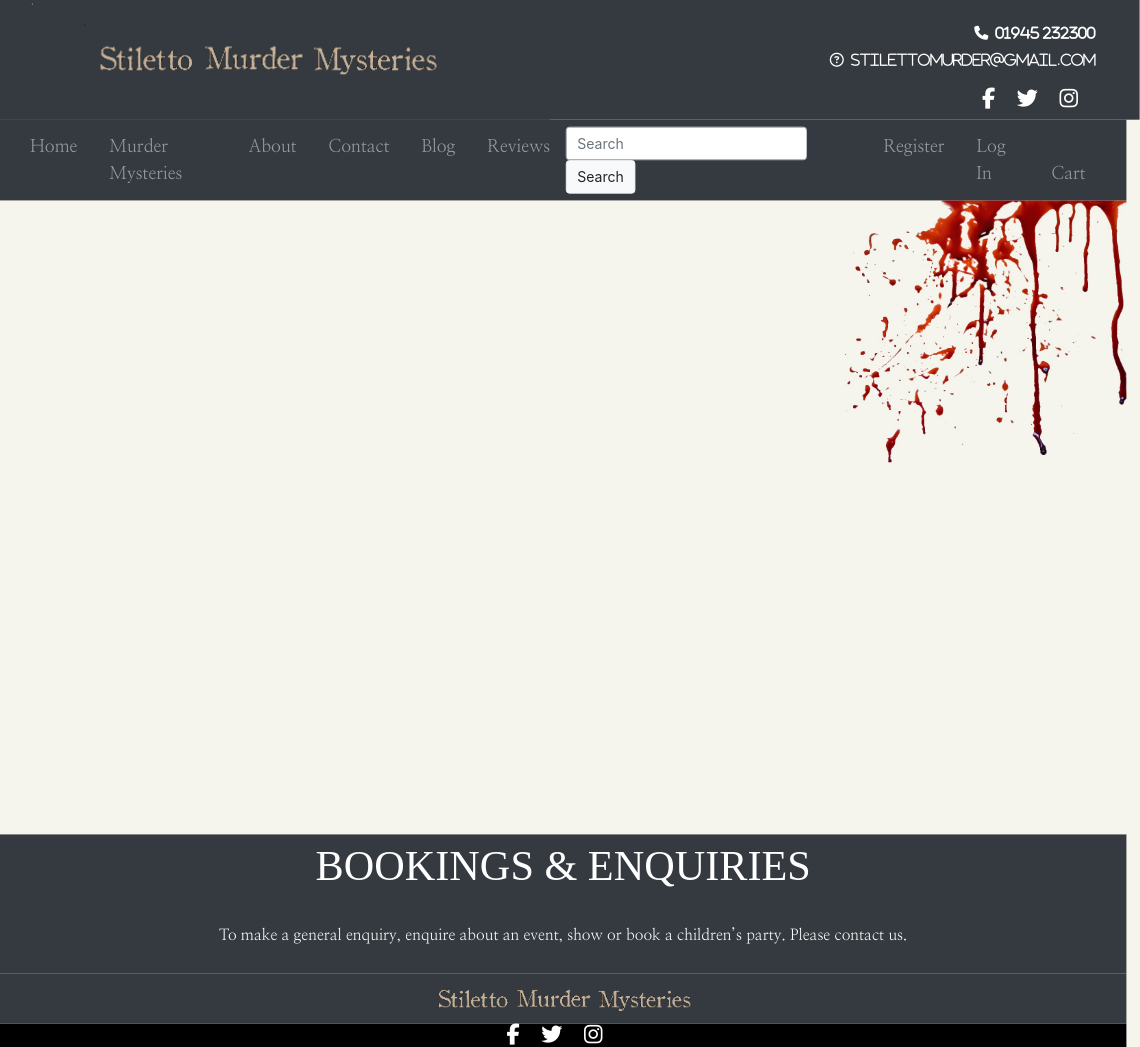
Repository: TaylorD1982/murder-milestone
Page: templates/base.html
The author's editor kept a record of every edit. The page is drawn from the files as they stood at one moment, then again after the next edit.
The browser window is 1280 px wide. The page is 1295 px wide, so the pictures cover 1295 px, including what lies to the right of the window. The pictures show the whole page, at 88% of full size.
Some icons come from a web library that is not loaded, so they are not drawn. Some web fonts or font styles are not loaded; a fallback is used. Some web libraries are served in a nearby version. The template is drawn by Django 2.2. The application's start-up code is not run. Other server files are loaded and not shown. The template is opened directly, without the code that normally fills it, so the values that code supplies are empty.

Above is the page before.
Console error: ReferenceError: emailjs is not defined

### templates/base.html
{% load staticfiles %}
<!DOCTYPE html>
<html lang="en">

<head>
    <meta charset="UTF-8">
    <meta name="viewport" content="width=device-width, initial-scale=1.0">
    <meta http-equiv="X-UA-Compatible" content="ie=edge">
    <title>Murder Mystery</title>
    <link rel="stylesheet" href="{% static 'font-awesome/css/font-awesome.min.css' %}">
    <link rel="stylesheet" href="{% static 'css/custom.css' %}">
    <script src="https://cdnjs.cloudflare.com/ajax/libs/jquery/3.2.1/jquery.min.js"></script>
    <script src="https://cdnjs.cloudflare.com/ajax/libs/twitter-bootstrap/3.3.7/js/bootstrap.min.js"></script>
    <link rel="stylesheet" href="https://maxcdn.bootstrapcdn.com/bootstrap/4.0.0/css/bootstrap.min.css" integrity="sha384-Gn5384xqQ1aoWXA+058RXPxPg6fy4IWvTNh0E263XmFcJlSAwiGgFAW/dAiS6JXm" crossorigin="anonymous">
    <script src="https://code.jquery.com/jquery-3.2.1.slim.min.js" integrity="sha384-KJ3o2DKtIkvYIK3UENzmM7KCkRr/rE9/Qpg6aAZGJwFDMVNA/GpGFF93hXpG5KkN" crossorigin="anonymous"></script>
    <script src="https://cdnjs.cloudflare.com/ajax/libs/popper.js/1.12.9/umd/popper.min.js" integrity="sha384-ApNbgh9B+Y1QKtv3Rn7W3mgPxhU9K/ScQsAP7hUibX39j7fakFPskvXusvfa0b4Q" crossorigin="anonymous"></script>
    <script src="https://maxcdn.bootstrapcdn.com/bootstrap/4.0.0/js/bootstrap.min.js" integrity="sha384-JZR6Spejh4U02d8jOt6vLEHfe/JQGiRRSQQxSfFWpi1MquVdAyjUar5+76PVCmYl" crossorigin="anonymous"></script>

    <script type="text/javascript" src="https://cdn.jsdelivr.net/npm/emailjs-com@2.3.2/dist/email.min.js"></script>
    <script type="text/javascript">
        (function(){
            emailjs.init("user_UbfQMZPiQGURDwMtv5SCI");
        })();
    </script>


    <link href="https://fonts.googleapis.com/css2?family=Italianno&display=swap" rel="stylesheet">
    <script src="https://kit.fontawesome.com/5336900852.js" crossorigin="anonymous"></script>
    <link href="https://fonts.googleapis.com/css?family=Nanum+Myeongjo&display=swap" rel="stylesheet"> {% block head_js %} {% endblock head_js %}
</head>

<body class="body">
    <div class="row banner">
        <div class="col-6">
            <div>
                <img width="100%" src="{% static 'images/banner-desktop-new.png' %}" alt="Stiletto Murder Mysteries">
            </div>
        </div>
        <div class="col-6 box">
            <div class="content-1">
                <div>
                    <i class="fas fa-phone contact-navbar">&nbsp;&nbsp;01945 232300</i>
                </div>
                <div>
                    <i class="far fa-question-circle contact-navbar">&nbsp;&nbsp;stilettomurder@gmail.com</i>
                </div>
            </div>
            <div class="content">
                <a href="https://facebook.com" target="_blank" class="fa fa-facebook"></a>
                <a href="https://twitter.com" target="_blank" class="fa fa-twitter fa-large"></a>
                <a href="https://instagram.com" target="_blank" class="fa fa-instagram fa-large"></a>
            </div>
        </div>
    </div>

    <!-- Fixed masthead -->

    <nav class="navbar navbar-expand-lg navbar-dark bg-dark">
        <button class="navbar-toggler mx-auto" type="button" data-toggle="collapse" data-target="#navbarNavAltMarkup" aria-controls="navbarNavAltMarkup" aria-expanded="false" aria-label="Toggle navigation">
    <span class="navbar-toggler-icon"></span>
  </button>
        <div class="collapse navbar-collapse" id="navbarNavAltMarkup">
            <ul class="navbar-nav mr-auto">
                <li class="nav-item">
                    <a class="nav-link" href="/">Home</a>
                </li>
                <li class="nav-item">
                    <a class="nav-link" href="{% url 'products' %}">Murder Mysteries</a>
                </li>
                <li class="nav-item">
                    <a class="nav-link" href="{% url 'about' %}">About</a>
                </li>
                <li class="nav-item">
                    <a class="nav-link" href="{% url 'contact' %}">Contact</a>
                </li>
                <li class="nav-item">
                    <a class="nav-link" href="{% url 'get_posts' %}">Blog</a>
                </li>
                <li class="nav-item">
                    <a class="nav-link" href="{% url 'get_reviews' %}">Reviews</a>
                </li>
            </ul>
            <form class="form-inline my-2 my-lg-0" action="{% url 'search' %}" method="get">
              <input class="form-control mr-sm-2" placeholder="Search" aria-label="Search" type="text" name="q">
              <button class="btn btn-light my-2 my-sm-0" type="submit">Search</button>
            </form>
            <ul class="navbar-nav ml-auto">
                {% if user.is_authenticated %}
                <li class="nav-item">
                    <a class="nav-link" href="{% url 'profile' %}">Profile</a>
                </li>
                <li class="nav-item">
                    <a class="nav-link" href="{% url 'logout' %}">Log Out</a>
                </li>
                {% else %}
                <li class="nav-item">
                    <a class="nav-link" href="{% url 'registration' %}">Register</a>
                </li>
                <li class="nav-item">
                    <a class="nav-link" href="{% url 'login' %}">Log In</a>
                </li>
                {% endif %}
                <li class="nav-item">
                    <a class="nav-link" href="{% url 'view_cart' %}">
                        <i class="fa fa-shipping-cart"></i>Cart
                            {% if product_count > 0 %}
                            <label class="badge badge-warning">{{ product_count }}</label>
                            {% endif %}
                    </a>
                </li>
            </ul>
        </div>
    </nav>

    <div = class="home">
        {% block content %} <img width="100%" src="{% static 'images/haunted-house-desktop.jpeg' %}" alt="Football League"> {% endblock %}
        {% if messages %}
                <div class="messages">
                    {% for message in messages %} {{ message }} {% endfor %}
                </div>
        {% endif %}


    </div>
    <footer>
        <div>
            <div class="footer-booking-header">BOOKINGS & ENQUIRIES</div>
            <div class="footer-booking-content">To make a general enquiry, enquire about an event, show or book a children’s party. Please contact us.</div>
        </div>
        <div>
            <img width="100%" src="{% static 'images/footer-desktop.png' %}" alt="Stiletto Murder Mysteries">
        </div>
        <div class="social-media">
            <container>
            <a href="https://facebook.com" target="_blank" class="fa fa-facebook"></a>
            <a href="https://twitter.com" target="_blank" class="fa fa-twitter fa-large"></a>
            <a href="https://instagram.com" target="_blank" class="fa fa-instagram fa-large"></a>
            </container>
        </div>
    </footer>
</body>

</html>

### static/css/custom.css
.body {
    background-color: #f5f4ed;
}

.accountform {
    padding-top: 20px;
}

.badge {
    padding-left: 9px;
    padding-right: 9px;
    -webkit-border-radius: 9px;
    -moz-border-radius: 9px;
    border-radius: 9px;
}

.label-warning[href],
.badge-warning[href] {
    background-color: #c67605;
}

caption p {
    word-wrap: break-word;
}

.row.row-flex {
    display: flex;
    flex-wrap: wrap;
    margin-top: 30px;
}

.panel-default {
    border-color: transparent;
    padding: 0 10px;
}

.panel-body {
    height: 100%;
    border: 1px solid #ddd;
}

.product-description {
    min-height: 40px;
}

/*-------------------------Navigation Bar--------*/

.navbar-nav {
  font-family: 'Nanum Myeongjo', serif;
  font-size: 1.25em;
 }

.nav-item {
  padding-left: 10px;
  padding-right: 10px;
 }

.bet_time {
    position:absolute;
    bottom:0;
    right:0;
    padding-right: 50px;
    padding-bottom: 50px;
}

.social-media {
    text-align: center;
    background-color: black;
    font-size: 1em;
}

.fa {
    color: white;
    font-size: 1.5em;
    padding-right: 20px;
    transition: transform .2s;
    margin: 0 auto;
}

.product-name {
    font-family: 'Italianno', cursive;
    font-size: 4em;
}

.product-description {
    font-family: 'Nanum Myeongjo', serif;
    font-size: 1.25em;
}

.box {
    position: relative;
}

.content {
    position: absolute;
    bottom: 10px;
    right: 50px;
}

.content-1 {
    position: absolute;
    bottom: 50px;
    right: 50px;
}

.banner {
    background-color: #343A40;
}

.form-group {
    padding-right: 7px;
}

/*-------------------------contact page-------*/

.container {
    width: 100%;
    padding-right: 15px;
    padding-left: 15px;
    padding-top: 40px;
    padding-bottom: 50px;
    margin-right: auto;
    margin-left: auto;
}

.contact-navbar {
  font-family: 'Nanum Myeongjo', serif;
  font-size: 1em;
  float: right;
  color: white;
  padding-top: 5px;
  padding-bottom: 10px;
}

.contact-title {
    font-family: 'Italianno', cursive;
    font-size: 4em;
    padding-bottom: 30px;
}

.contact-heading {
  font-family: 'Nanum Myeongjo', serif;
  font-size: 1.5em;
  color: #8B4513
}

.contact-content {
  font-family: 'Nanum Myeongjo', serif;
  font-size: 1.3em;
  padding-bottom: 30px;
}

.fa:hover {
  -ms-transform: scale(1.1); /* IE 9 */
  -webkit-transform: scale(1.1); /* Safari 3-8 */
  transform: scale(1.1);
  color:black;
  text-decoration: none;
}

.bg-dark {
    background-color: #413D3C!important;
}

/*-------------------------cart page-------*/

.empty {
    padding-top: 50px;
}

/*-------------------------Log In page-------*/

.container1 {
    padding-right: 155px;
    padding-left: 155px;
    padding-top: 40px;
    padding-bottom: 50px;

}

.home {
    position: relative;
}

.messages {
    position:absolute;
    top:10px;
    left: 10px;
    z-index: 1;
    background-color: #39e600;
    font-family: 'Italianno', cursive;
    font-size: 2em;
    padding-bottom: 30px;

}


.input-group {
    margin-right: 10px;
}

.footer-booking-header {
    font-family: 'Italianno', cursive;
    font-size: 3em;
    color: white;
    padding-bottom: 30px;
    background-color: #343A40;
    text-align: center;
}

.footer-booking-content {
    font-family: 'Nanum Myeongjo', serif;
    font-size: 1.1em;
    color: white;
    padding-bottom: 30px;
    background-color: #343A40;
    text-align: center;
}

/*---------------Reviews page-------*/

.post-review {
    position:absolute;
    top:20px;
    right: 50px;
}

.review-title {
    font-family: 'Italianno', cursive;
    color: #8B4513;
    font-size: 3em;
}

.review-content {
  font-family: 'Nanum Myeongjo', serif;
  font-size: 1.3em;
  padding-bottom: 1px;
  padding-top: 10px;
}

.review-by {
  font-family: 'Nanum Myeongjo', serif;
  font-size: 1em;
  padding-bottom: 1px;
  padding-top: 10px;
}

/*---------------Blog page-------*/

.blog-title {
    font-family: 'Italianno', cursive;
    color: #8B4513;
    font-size: 3em;
}

.blog-content {
  font-family: 'Nanum Myeongjo', serif;
  font-size: 1.3em;
  padding-bottom: 1px;
  padding-top: 10px;
}

.blog-info {
  font-family: 'Nanum Myeongjo', serif;
  font-size: 1em;
  padding-bottom: 1px;
  padding-top: 10px;
}

Loaded but not shown: static/font-awesome/css/font-awesome.min.css (library)

After the next edit:
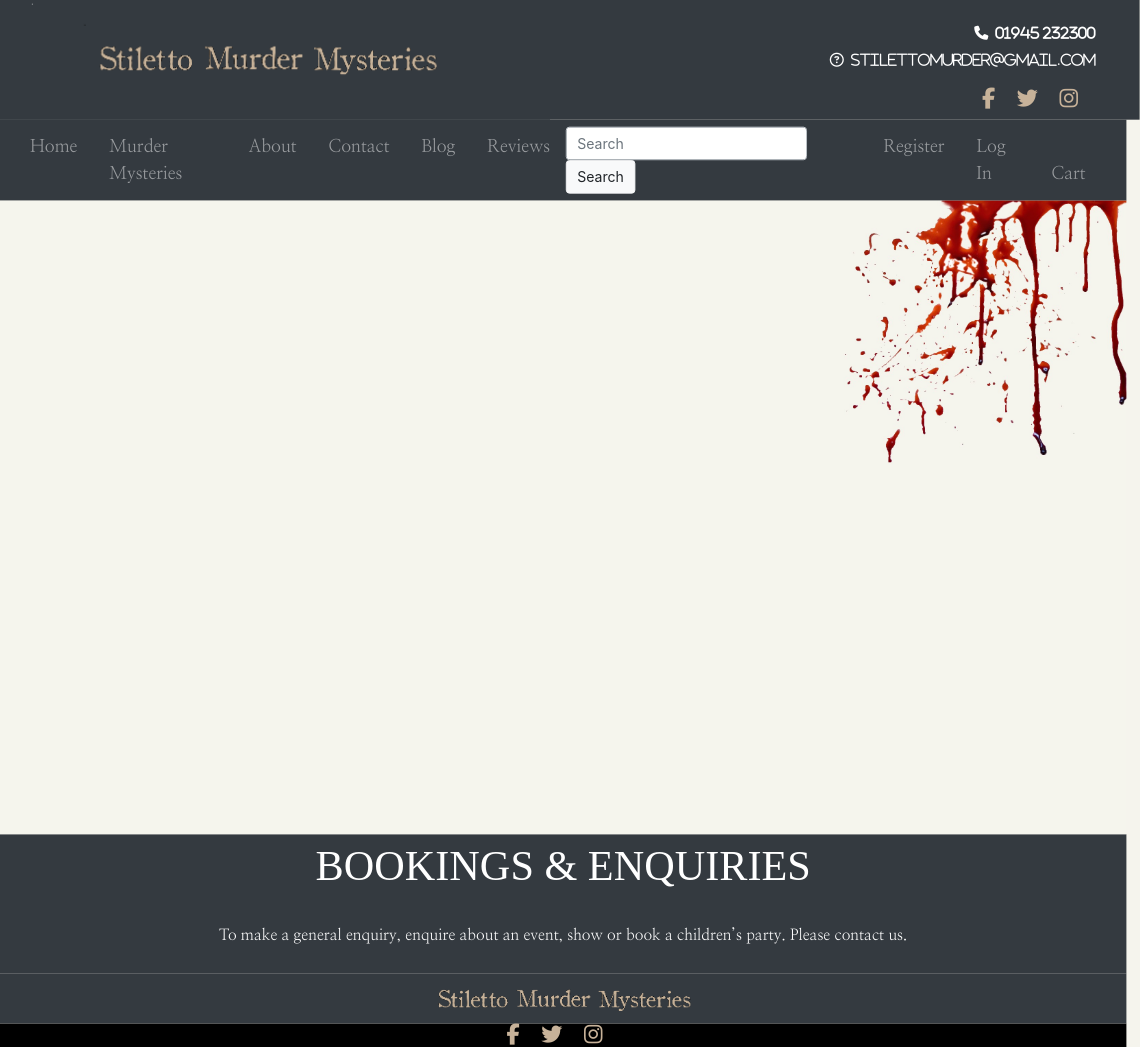
The edit:
--- a/static/css/custom.css
+++ b/static/css/custom.css
@@ -70,7 +70,7 @@
 }
 
 .fa {
-    color: white;
+    color: #C7B299;
     font-size: 1.5em;
     padding-right: 20px;
     transition: transform .2s;
